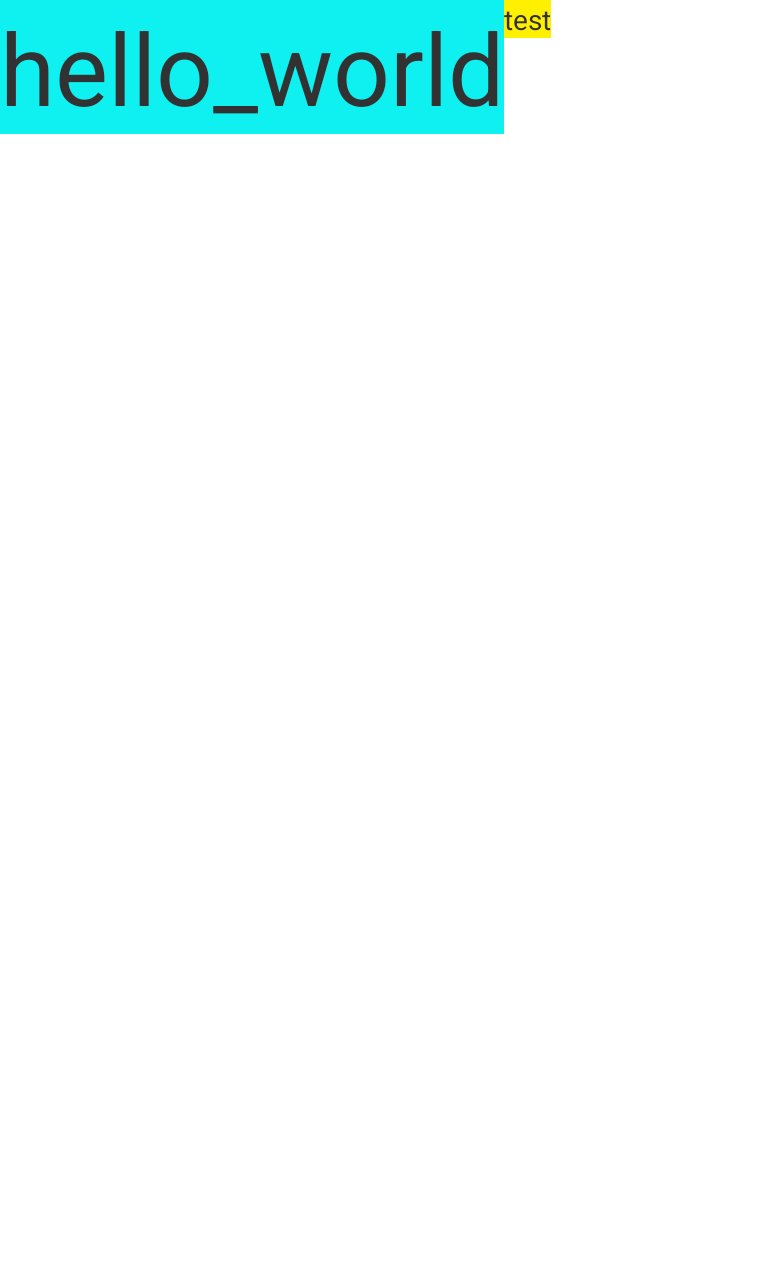
Repository: founderzhl/MarsAndroid
Layout: S01_E14_RelativeLayout/res/layout/activity_main.xml
The author's editor kept a copy of each file at every save. The layout is drawn from the files as they stood at one save, then again after the next save.
It is drawn on a 768 x 1280 px phone screen (xhdpi) without system bars, with theme AppTheme; the app's code is not run.

Above is the layout before, as saved 2015-01-22 15:40:57.

### S01_E14_RelativeLayout/res/layout/activity_main.xml
<RelativeLayout xmlns:android="http://schemas.android.com/apk/res/android"
    xmlns:tools="http://schemas.android.com/tools"
    android:layout_width="match_parent"
    android:layout_height="match_parent"

    tools:context="com.example.s01_e14_relativelayout.MainActivity" >

    <TextView
        android:id="@+id/firstView"
        android:layout_width="wrap_content"
        android:layout_height="wrap_content"
        android:background="#0ff0f0"
        android:textSize="50sp"
        android:text="hello_world" />

     <TextView
        android:layout_width="wrap_content"
        android:layout_height="wrap_content"
        android:layout_toRightOf="@id/firstView"
        android:background="#fff000"
        android:text="test" />

</RelativeLayout>

Loaded but not shown: S01_E14_RelativeLayout/res/values/styles.xml (common file); S01_E14_RelativeLayout/res/values-v11/styles.xml (common file); S01_E14_RelativeLayout/res/values-v14/styles.xml (common file)

After the next save:
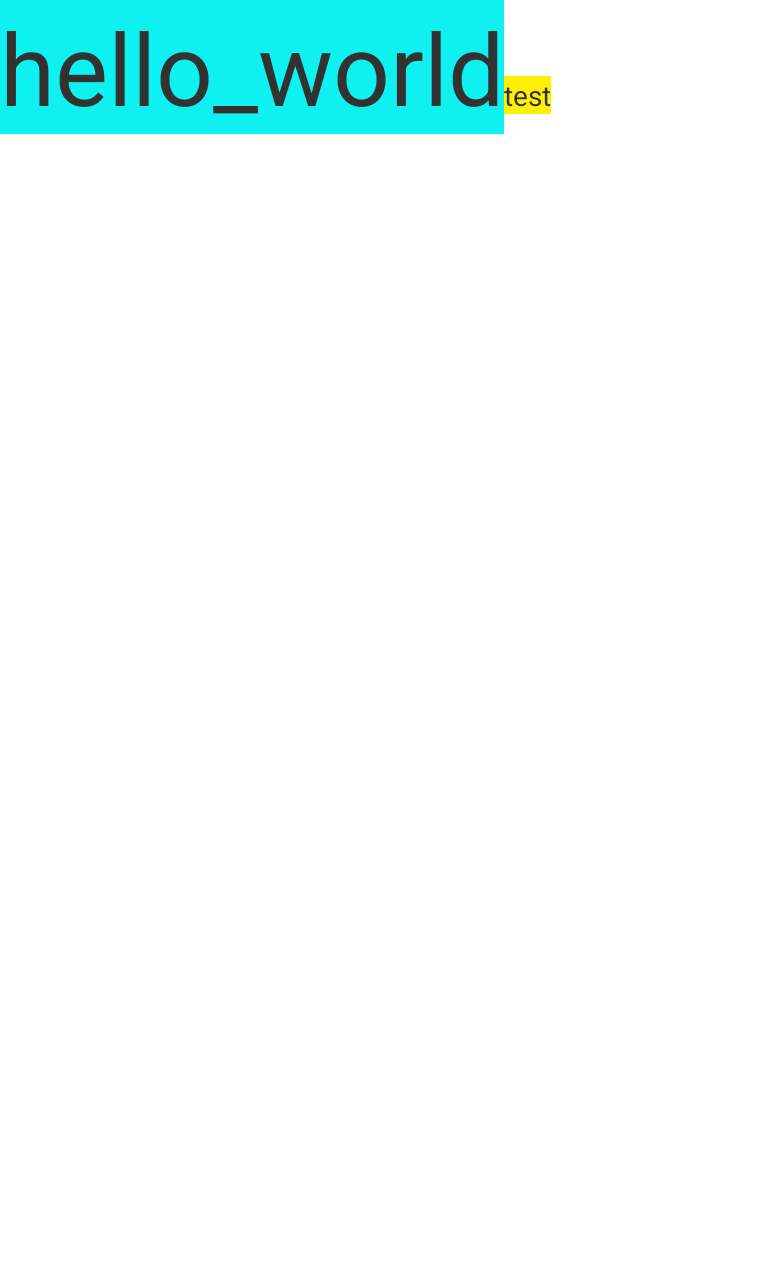
Saved 60 s later.
--- a/S01_E14_RelativeLayout/res/layout/activity_main.xml
+++ b/S01_E14_RelativeLayout/res/layout/activity_main.xml
@@ -18,6 +18,7 @@
         android:layout_height="wrap_content"
         android:layout_toRightOf="@id/firstView"
         android:background="#fff000"
+        android:layout_alignBaseline="@id/firstView"
         android:text="test" />
 
 </RelativeLayout>
